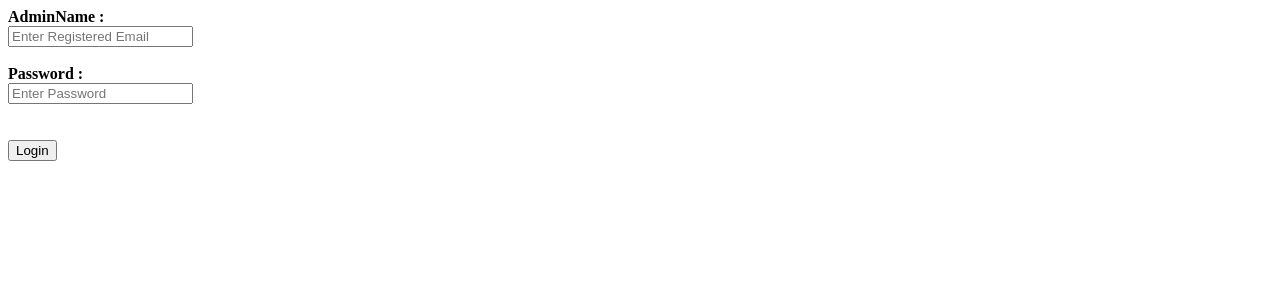
Repository: Shivani2392/FlyAwayProject
Page: http://localhost/FlightBookingPortal/AdminLogin.jsp
These files come from the project's save history. The page is drawn as it stood at one moment and after the next save; the edit follows.
The browser window is 1280 px wide. The pictures show the whole page.
The page is served by Tomcat 9. Other server files are loaded and not shown.

Above is the page before, as saved 2020-11-22 02:39:23.

### FlightBookingPortal/src/main/webapp/AdminLogin.jsp
<%@ page language="java" contentType="text/html; charset=ISO-8859-1"
    pageEncoding="ISO-8859-1"%>
<!DOCTYPE html>
<html>
<head>
<meta charset="ISO-8859-1">
<title>Insert title here</title>
</head>
<body>

  <form action="AdminLogin" method="post">
      <label for="aname"><b>AdminName : </b></label><br>
      <input type="text" placeholder="Enter Registered Email" name="uname">
      <br><br>
      <label for="psw"><b>Password : 	</b></label><br>
      <input type="password" placeholder="Enter Password" name="psw">
      <br><br><br>
      <button type="submit">Login</button>
</body>
</html>

After the next save:
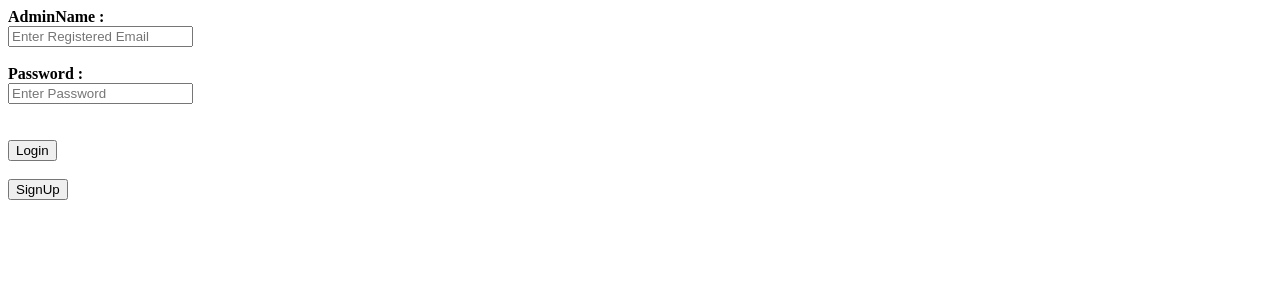
Saved 75 s later.
--- a/FlightBookingPortal/src/main/webapp/AdminLogin.jsp
+++ b/FlightBookingPortal/src/main/webapp/AdminLogin.jsp
@@ -16,5 +16,10 @@
       <input type="password" placeholder="Enter Password" name="psw">
       <br><br><br>
       <button type="submit">Login</button>
+
+      </form>
+       <br>
+
+   <button onclick="signUpFunction()">SignUp</button>
 </body>
 </html>
